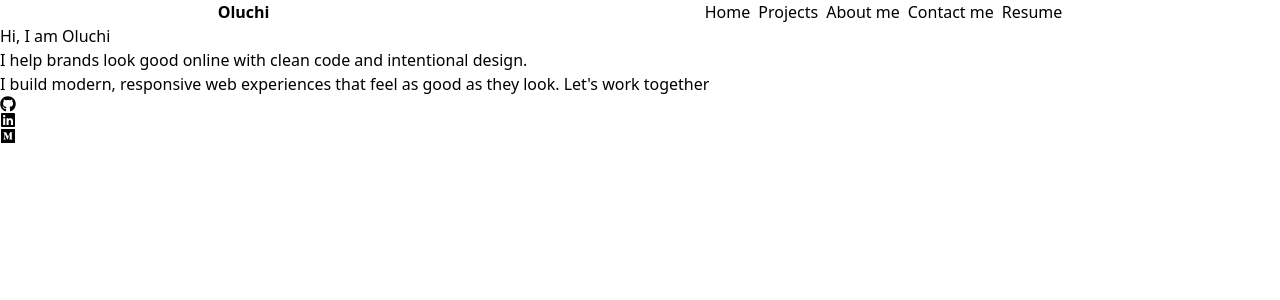
Repository: ooluchi/portfolio_
Page: / (app in my-react-app/)
These files come from the project's save history. The page is drawn as it stood at one moment and after the next save; the edit follows.
The browser window is 1280 px wide. The pictures show the whole page.
The project was rebuilt for these pictures with package versions that can differ from the ones it lists, and the page was loaded fresh each time. Also part of the build but not shown: my-react-app/vite.config.ts.

Above is the page before, as saved 2025-11-19 12:20:56.

### my-react-app/src/index.css
@import url("https://fonts.googleapis.com/css2?family=Kumbh+Sans:wght@100;200;300;400;500;600;700;800;900&display=swap");

@tailwind base;
@tailwind components;
@tailwind utilities;

* {
    margin: 0;
    padding: 0;
    box-sizing: border-box;
  }

### my-react-app/src/App.tsx


import './index.css'
import Home from './components/Home'
import NavBar from './components/NavBar'

export default function App() {

  return (
    <div className='dark'>
    <NavBar />
    <Home />
    </div>
  )
}

### my-react-app/src/components/Home.tsx
import { FaGithub, FaLinkedin, FaMedium } from "react-icons/fa";

import "../index.css";


export default function Home() {
  return (
    <div>

      <div>
        <h3>Hi, I am Oluchi</h3>
        <p>I help brands look good online with clean code and intentional design.</p>
        <p>I build modern, responsive web experiences that feel as good as they look. Let's work together</p>
      </div>
      <div>
        <a
          href="https://github.com/ooluchi"
          target="_blank"
          rel="noreferrer"
          aria-label="GitHub"
        >
          <FaGithub/>
        </a>
        <a
          href="https://github.com/ooluchi"
          target="_blank"
          rel="noreferrer"
          aria-label="LinkedIn"
        >
        <FaLinkedin />
        </a>

        <a
          href="https://medium.com/@ooluchiokoro"
          target="_blank"
          rel="noreferrer"
          aria-label="Medium"
        >
          <FaMedium />
        </a>

      </div>
    </div>
  )
}

### my-react-app/src/components/NavBar.tsx
import "../index.css";


export default function NavBar() {
  return (
    <nav>
      <div className="flex justify-around items-center">
        <h2 className="font-bold">Oluchi</h2>
        <ul className=" flex gap-2 list-none">
          <li className=""><a href="#">Home</a></li>
          <li className=""><a href="#">Projects</a></li>
          <li className=""><a href="#">About me</a></li>
          <li className=""><a href="#">Contact me</a></li>
          <li className=""><a href="#">Resume</a></li>
        </ul>

      </div>

    </nav>
  )
}

Loaded but not shown: my-react-app/index.html (common file); my-react-app/src/main.tsx (common file); my-react-app/tailwind.config.js (common file)

After the next save:
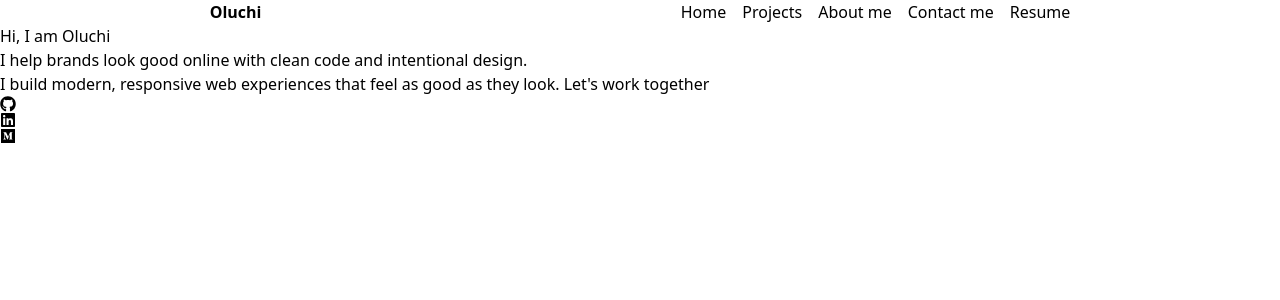
Saved 23 s later.
--- a/my-react-app/src/components/NavBar.tsx
+++ b/my-react-app/src/components/NavBar.tsx
@@ -6,7 +6,7 @@
     <nav>
       <div className="flex justify-around items-center">
         <h2 className="font-bold">Oluchi</h2>
-        <ul className=" flex gap-2 list-none">
+        <ul className=" flex gap-4 list-none">
           <li className=""><a href="#">Home</a></li>
           <li className=""><a href="#">Projects</a></li>
           <li className=""><a href="#">About me</a></li>
